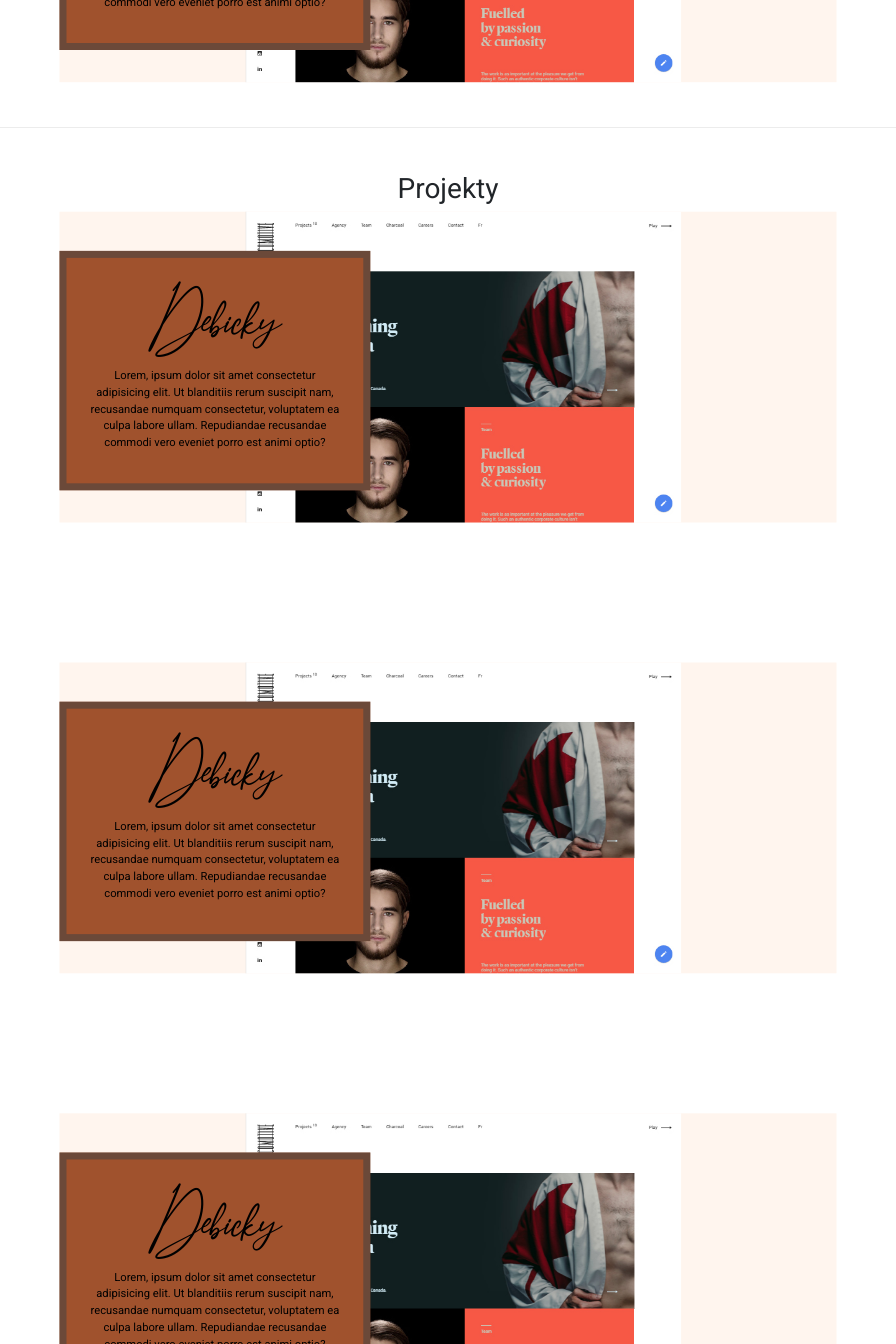
Repository: debicky/debicky.github.io
Page: index.html
An editor plug-in stored every save of this project. The page is shown before and after the next save, followed by the edit.
The browser window is 1280 px wide. The pictures show the part of the page from y = 609 to 2529 px (the page is 3763 px tall before and 3736 px after), at 70% of full size.
Some web libraries are served in a nearby version.

Above is the page before, as saved 2020-06-10 13:49:09.

### index.html
<!DOCTYPE html>
<html lang="en">
<head>
  <meta charset="UTF-8">
  <meta name="viewport" content="width=device-width, initial-scale=1.0">
  <title>Debicky</title>
  <link rel="stylesheet" href="https://stackpath.bootstrapcdn.com/bootstrap/4.5.0/css/bootstrap.min.css" integrity="sha384-9aIt2nRpC12Uk9gS9baDl411NQApFmC26EwAOH8WgZl5MYYxFfc+NcPb1dKGj7Sk" crossorigin="anonymous">
  <link rel="stylesheet" href="https://cdnjs.cloudflare.com/ajax/libs/font-awesome/5.11.2/css/all.min.css">
  <link rel="stylesheet" href="styles.css">
</head>
<body>


  <header>
    <a href="index.html">
      <div class="signature">
        <h5 class="signature-heading">Debicky<span class="text-danger font-weight-bolder">.</span></h5>
        <h3 class="signature-subhead">Programista Ruby on Rails</h3>
      </div>
    </a>
  </header>

  <div class="container">
    <nav class="navbar navbar-expand-md p-0 rounded">
      <button class="navbar-toggler" type="button" data-toggle="collapse" data-target="#navbarSupportedContent" aria-controls="navbarSupportedContent" aria-expanded="false" aria-label="Toggle navigation">
        <i class="fas fa-bars"></i>
        <i class="fas fa-times"></i>
      </button>

      <div class="collapse navbar-collapse d-md-flex justify-content-center" id="navbarSupportedContent">
        <ul class="navbar-nav">
          <li class="nav-item">
            <a class="nav-link" href="#">O mnie</a>
          </li>
          <li class="nav-item">
            <a class="nav-link" href="#">Projekty</a>
          </li>
          <li class="nav-item">
            <a class="nav-link" href="#">Kontakt</a>
          </li>
        </ul>
      </div>
    </nav>
  </div>

  <section class="about py-5">
    <div class="container">
      <div class="about-content">
        <div class="about-description">
          <div class="signature">
            <h5 class="signature-heading">Debicky</h5>
            <p>Lorem, ipsum dolor sit amet consectetur adipisicing elit. Ut blanditiis rerum suscipit nam, recusandae numquam consectetur, voluptatem ea culpa labore ullam. Repudiandae recusandae commodi vero eveniet porro est animi optio?</p>
          </div>
        </div>
        <div class="about-image">
          <a href="/images/1.jpeg">
            <img src="/images/2.jpeg" alt="img1">
          </a>
        </div>
      </div>
    </div>
  </section>

  <hr>

  <section class="projects py-5">
    <div class="container">
      <h1 class="text-center">Projekty</h1>

      <div class="project-1">
        <div class="about-content">
          <div class="about-description">
            <div class="signature">
              <h5 class="signature-heading">Debicky</h5>
              <p>Lorem, ipsum dolor sit amet consectetur adipisicing elit. Ut blanditiis rerum suscipit nam, recusandae numquam consectetur, voluptatem ea culpa labore ullam. Repudiandae recusandae commodi vero eveniet porro est animi optio?</p>
            </div>
          </div>
          <div class="about-image">
            <a href="/images/1.jpeg">
              <img src="/images/2.jpeg" alt="img1">
            </a>
          </div>
        </div>
      </div>
      <div class="project-1">
        <div class="about-content">
          <div class="about-description">
            <div class="signature">
              <h5 class="signature-heading">Debicky</h5>
              <p>Lorem, ipsum dolor sit amet consectetur adipisicing elit. Ut blanditiis rerum suscipit nam, recusandae numquam consectetur, voluptatem ea culpa labore ullam. Repudiandae recusandae commodi vero eveniet porro est animi optio?</p>
            </div>
          </div>
          <div class="about-image">
            <a href="/images/1.jpeg">
              <img src="/images/2.jpeg" alt="img1">
            </a>
          </div>
        </div>
      </div>
      <div class="project-1">
        <div class="about-content">
          <div class="about-description">
            <div class="signature">
              <h5 class="signature-heading">Debicky</h5>
              <p>Lorem, ipsum dolor sit amet consectetur adipisicing elit. Ut blanditiis rerum suscipit nam, recusandae numquam consectetur, voluptatem ea culpa labore ullam. Repudiandae recusandae commodi vero eveniet porro est animi optio?</p>
            </div>
          </div>
          <div class="about-image">
            <a href="/images/1.jpeg">
              <img src="/images/2.jpeg" alt="img1">
            </a>
          </div>
        </div>
      </div>
      <div class="project-1">
        <div class="about-content">
          <div class="about-description">
            <div class="signature">
              <h5 class="signature-heading">Debicky</h5>
              <p>Lorem, ipsum dolor sit amet consectetur adipisicing elit. Ut blanditiis rerum suscipit nam, recusandae numquam consectetur, voluptatem ea culpa labore ullam. Repudiandae recusandae commodi vero eveniet porro est animi optio?</p>
            </div>
          </div>
          <div class="about-image">
            <a href="/images/1.jpeg">
              <img src="/images/2.jpeg" alt="img1">
            </a>
          </div>
        </div>
      </div>

    </div>
  </section>


  <footer class="py-5">
    <div class="container">
      <div class="row">
        <div class="col-12 col-md-5 col-lg-4 mb-5 mb-md-0">
          <a href="index.html">
            <div class="signature-footer">
              <h5 class="signature-footer-heading">Debicky<span class="text-danger font-weight-bolder">.</span></h5>
              <h3 class="signature-footer-subhead">Programista Ruby on Rails</h3>
            </div>
          </a>
          <small class="d-block mt-2 text-muted">&copy; 2020</small>
        </div>
        <div class="col-12 col-md-5 col-lg-4 mb-5 mb-md-0">
          <h5 class="text-uppercase">Media</h5>
          <ul class="list-unstyled mb-0">
            <li>
              <a href="https://www.facebook.com/artur.debicki.5" class="text-muted">Facebook</a>
            </li>
            <li>
              <a href="https://www.instagram.com/debicky" class="text-muted">Instagram</a>
            </li>
            <li>
              <a href="https://github.com/debicky" class="text-muted">Github</a>
            </li>
          </ul>
        </div>
        <div class="col-12 col-md-5 col-lg-4">
          <h5 class="text-uppercase">Kontakt</h5>
              <ul class="list-unstyled text-small mb-0">
                <li>
                  <a href="mailto:arturd444@gmail.com" class="text-muted">arturd444@gmail.com</a>
                </li>
                <li>
                  <p class="text-muted">+48 692 138 221</p>
                </li>
              </ul>
        </div>
      </div>
    </div>
  </footer>



  <script src="https://code.jquery.com/jquery-3.5.1.slim.min.js" integrity="sha384-DfXdz2htPH0lsSSs5nCTpuj/zy4C+OGpamoFVy38MVBnE+IbbVYUew+OrCXaRkfj" crossorigin="anonymous"></script>
  <script src="https://cdn.jsdelivr.net/npm/popper.js@1.16.0/dist/umd/popper.min.js" integrity="sha384-Q6E9RHvbIyZFJoft+2mJbHaEWldlvI9IOYy5n3zV9zzTtmI3UksdQRVvoxMfooAo" crossorigin="anonymous"></script>
  <script src="https://stackpath.bootstrapcdn.com/bootstrap/4.5.0/js/bootstrap.min.js" integrity="sha384-OgVRvuATP1z7JjHLkuOU7Xw704+h835Lr+6QL9UvYjZE3Ipu6Tp75j7Bh/kR0JKI" crossorigin="anonymous"></script>
  <script src="script.js"></script>

</body>
</html>

### styles.css
@import url('https://fonts.googleapis.com/css?family=Playfair+Display+SC|Roboto:300,400&display=swap');

@font-face {
  font-family: "AmostelySignature";
  src: url("/fonts/AmostelySignature.ttf");
  }

body, html {
  font-family: "Roboto", sans-serif;
}

a:hover {
  text-decoration: none;;
}

/* Heading & nav  */

header{
  height: 200px;
  width: 100%;
  display: flex;
  align-items: center;
  justify-content: center;
}

.signature{
  color: black;
  text-align: center;
  user-select: none;
}


.signature-heading{
  font-family: 'AmostelySignature', cursive;
  font-size: 80px;
  margin-bottom: 30px;
}

.signature-subhead{
  font-family: 'Playfair Display SC', sans-serif;
  font-size: 18px;
  text-transform: uppercase;
  margin-bottom: 0;
}

.navbar{
  background-color: #384147;
}

.navbar-toggler i{
  color: #fff;
  font-size: 25px;
}

.navbar-toggler .fa-times{
  display: none;
}

.navbar-toggler.menu-open  .fa-bars{
  display: none;
}

.navbar-toggler.menu-open  .fa-times{
  display: block;
}

.navbar-nav{
  padding: 20px;
}

.nav-link{
  color: #fff;
  text-transform: uppercase;
  transition: opacity .5s;
  font-size: 12px;
}

.nav-link:hover{
  color: maroon;
}

/* About */

.about-content{
  background-color: seashell;
}

.about-description{
  width: 100%;
  background-color: #fff;
  padding: 40px;
  outline: 5px solid rgba(56, 65, 71, 0.5);
  outline-offset: -5px;
  order: 1;
  margin-top: 5px;
}

.about-image{
  order: 2;
}

.about-image img{
  width: 100%;
  height: auto;
  display: block;
}

.about-image a::after{
  font-family: 'Font Awesome 5 Free';
  content: "\f35d";
  font-weight: 600;
  position: absolute;
  top: 50%;
  left: 50%;
  transform: translate(-50%, -50%);
  color: maroon;
  font-size: 25px;
  z-index: 101;
  width: 70px;
  height: 70px;
  border: 3px solid #fff;
  border-radius: 100%;
  display: flex;
  align-items: center;
  justify-content: center;
  opacity: 0;
  transition: opacity .5s;
}

.about-image a:hover::after{
  opacity: .7;
}


/* Projects */

section h1{

}

/* Footer */


footer {
  background-color: #151515;
}

.signature-footer-heading{
  font-family: 'AmostelySignature', cursive;
  font-size: 50px;
  margin-bottom: 30px;
}

.signature-footer-subhead{
  font-family: 'Playfair Display SC', sans-serif;
  font-size: 12px;
  text-transform: uppercase;
}

footer h5, footer h3{
  color: #fff;
  font-family: 'Playfair Display SC', sans-serif;
}

a.text-muted:hover{
  color: maroon !important;
}


/* Responsive */

@media screen and (min-width: 768px) {
  .navbar{
    background-color: transparent;
  }
  .navbar-nav{
    padding: 0;
  }
  .nav-link{
    color: #384147;
  }

  nav:hover .nav-link:not(:hover){
    opacity: .5;
  }

  .about-content{
    position: relative;
    display: block;
  }

  .about-description{
    position: absolute;
    top: 80%;
    transform: translateY(-50%);
    width: 60%;
    outline-offset: -10px;
    background-color: slateblue;
  }

  .about-image img{
    width: 70%;
    margin-left: auto;
  }
}

@media screen and (min-width: 1200px) {
  .about-description{
    top: 50%;
    width: 40%;
    outline: 10px solid rgba(56, 65, 71, 0.5);
    offset: -20px;
    background-color: sienna;
  }

  .about-image{
    width: 80%;
  }


}

.project-1{
  margin-bottom: 200px;
}

### script.js
$('.navbar-toggler').on('click', function () {
  $(this).toggleClass('menu-open')
})

After the next save:
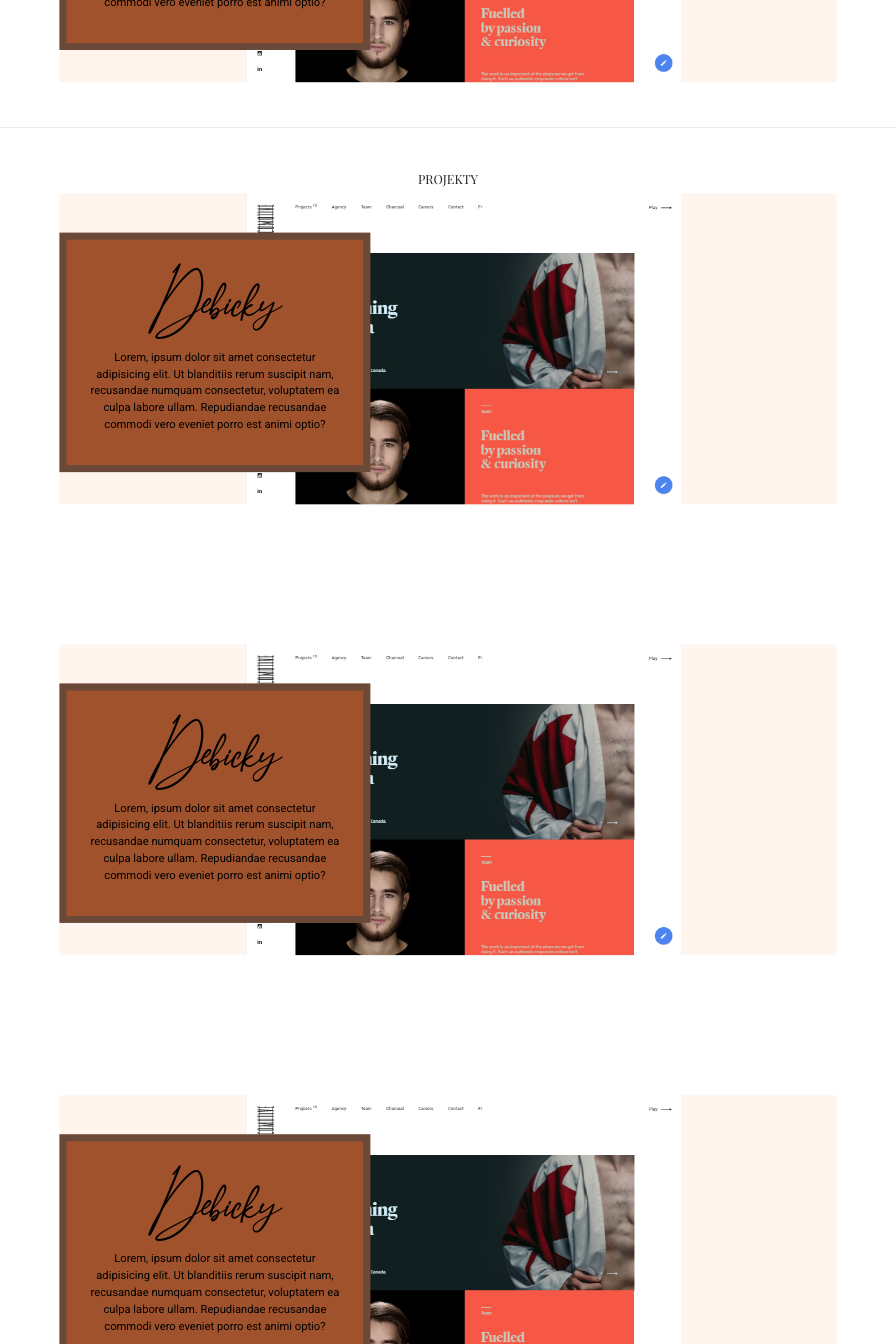
Saved 24 s later.
--- a/styles.css
+++ b/styles.css
@@ -135,7 +135,9 @@ header{
 /* Projects */
 
 section h1{
-
+  font-family: 'Playfair Display SC', sans-serif;
+  font-size: 18px;
+  text-transform: uppercase;
 }
 
 /* Footer */
